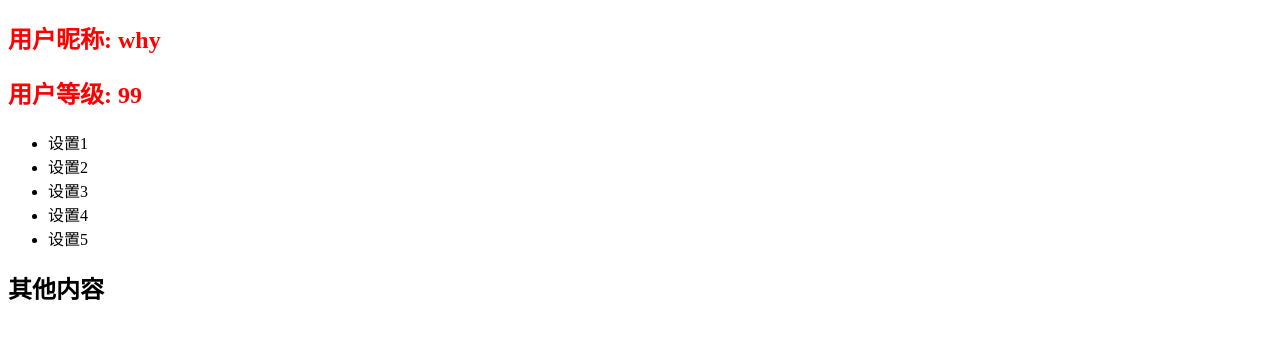
Repository: Hminister/learnReact
Page: /
The author's editor kept a copy of each file at every save. The page is drawn from the files as they stood at one save, then again after the next save.
The browser window is 1280 px wide. The pictures show the whole page.
The project was rebuilt for these pictures with package versions that can differ from the ones it lists, and the page was loaded fresh each time. Also part of the build but not shown: src/tabcontrl.css.

Above is the page before, as saved 2020-08-20 18:16:45.

After the next save:
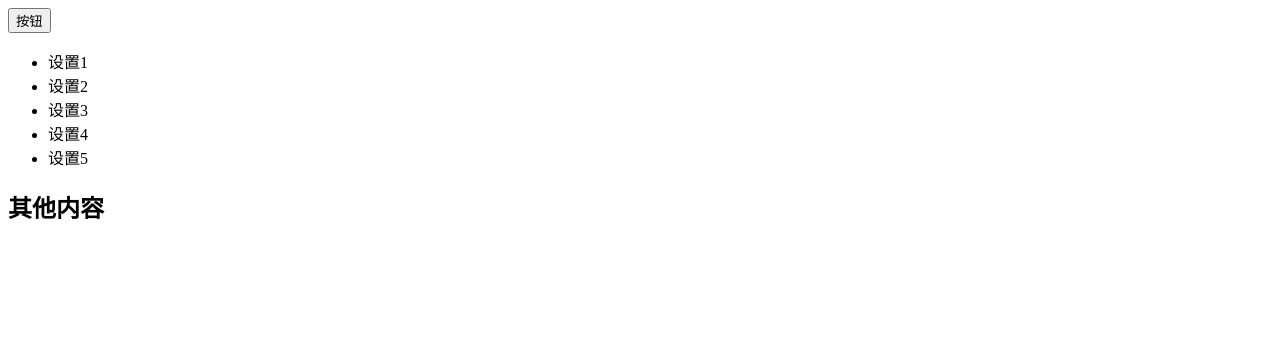
Saved 81 s later.
--- a/src/app.js
+++ b/src/app.js
@@ -1,37 +1,23 @@
 import React, { Component } from 'react';
+import { EventEmitter } from "events";
 
-import { EventEmitter } from 'events'
+const eventBus = new EventEmitter();
+
+class ProfileHeader extends Component {
+    render () {
+        return (
+            <div>
+                <button onClick={e => this.btnClick()}>按钮</button>
+            </div>
+        )
+    }
+
+    btnClick () {
+        eventBus.emit("headerClick", "why", 18);
+    }
+}
 
 
-const UserContext = React.createContext({ nickname: "默认", level: -1 })
-const ThemeContext = React.createContext({ color: "green" });
-
-function ProfileHeader (props) {
-
-    return (
-        <div>
-            <UserContext.Consumer>
-                {
-                    (value) => {
-                        return (<ThemeContext.Consumer>
-                            {(theme) => {
-                                return (
-                                    <div>
-                                        <h2 style={theme}>用户昵称: {value.nickname}</h2>
-                                        <h2 style={theme}>用户等级: {value.level}</h2>
-                                    </div>
-                                )
-                            }}
-                        </ThemeContext.Consumer>)
-                    }
-                }
-            </UserContext.Consumer>
-
-        </div>
-
-    )
-}
-ProfileHeader.contextType = UserContext;
 
 class Profile extends Component {
     render () {
@@ -51,14 +37,23 @@ class Profile extends Component {
 }
 
 export default class App extends Component {
+
+    componentDidMount () {
+        eventBus.addListener("headerClick", this.headerClick)
+    }
+
+    headerClick (name, age) {
+        console.log(name, age);
+    }
+
+    componentWillUnmount () {
+        eventBus.removeListener("headerClick", this.headerClick);
+    }
+
     render () {
         return (
             <div>
-                <UserContext.Provider value={{ nickname: "why", level: 99 }}>
-                    <ThemeContext.Provider value={{ color: 'red' }}>
-                        <Profile />
-                    </ThemeContext.Provider>
-                </UserContext.Provider>
+                <Profile />
                 <h2>其他内容</h2>
             </div>
         )
